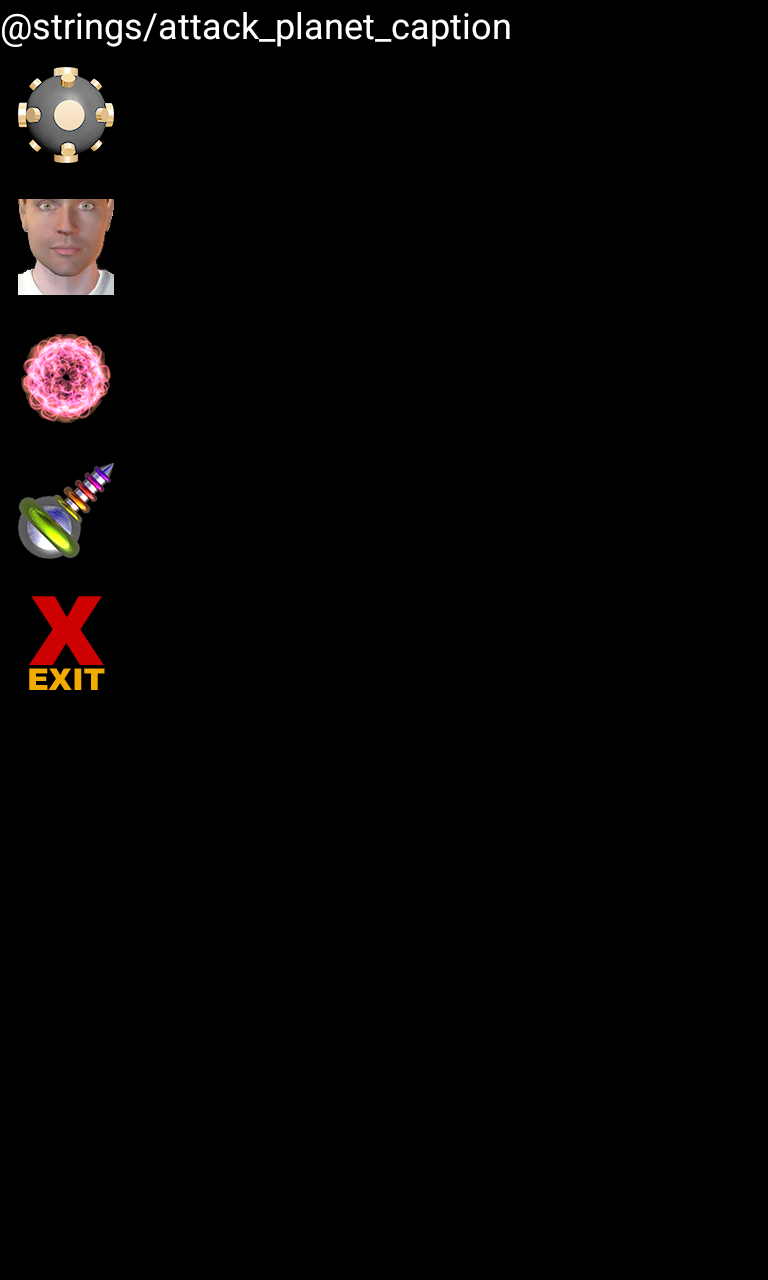
Repository: TimGirouard/tim-hobby-bucket
Layout: Android_Work/workspace/Hello_World/res/layout/activity_attack.xml
An editor plug-in stored every save of this project. The layout is shown before and after the next save, followed by the edit.
It is drawn on a 768 x 1280 px phone screen (xhdpi) without system bars, with theme AppTheme; the app's code is not run.

Above is the layout before, as saved 2014-01-17 16:49:12.

After the next save:
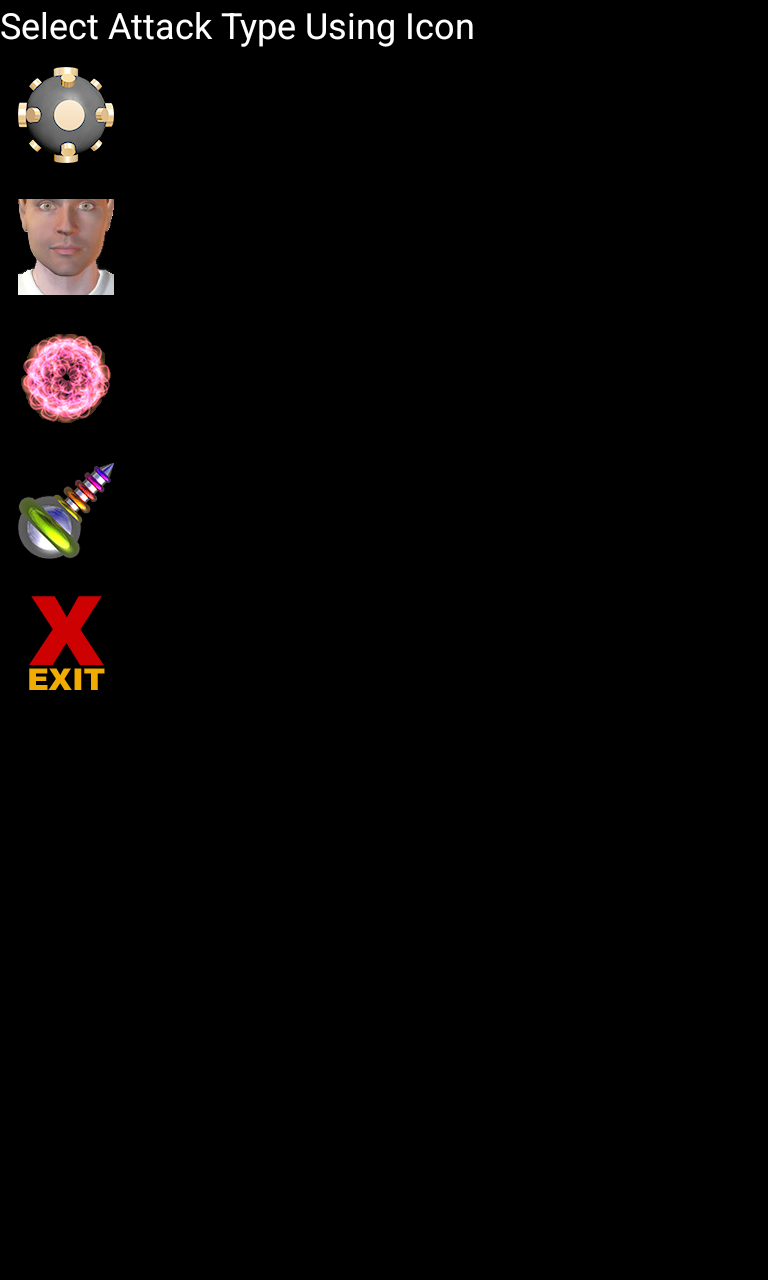
Saved 50 s later.
--- a/Android_Work/workspace/Hello_World/res/layout/activity_attack.xml
+++ b/Android_Work/workspace/Hello_World/res/layout/activity_attack.xml
@@ -9,7 +9,7 @@
         android:textSize="18sp"
         android:layout_width="wrap_content"
         android:layout_height="wrap_content"
-        android:text="@strings/attack_planet_caption" />
+        android:text="@string/attack_planet_caption" />
     <ImageButton
         android:id="@+id/bombButton"
         android:background="#00000000"
